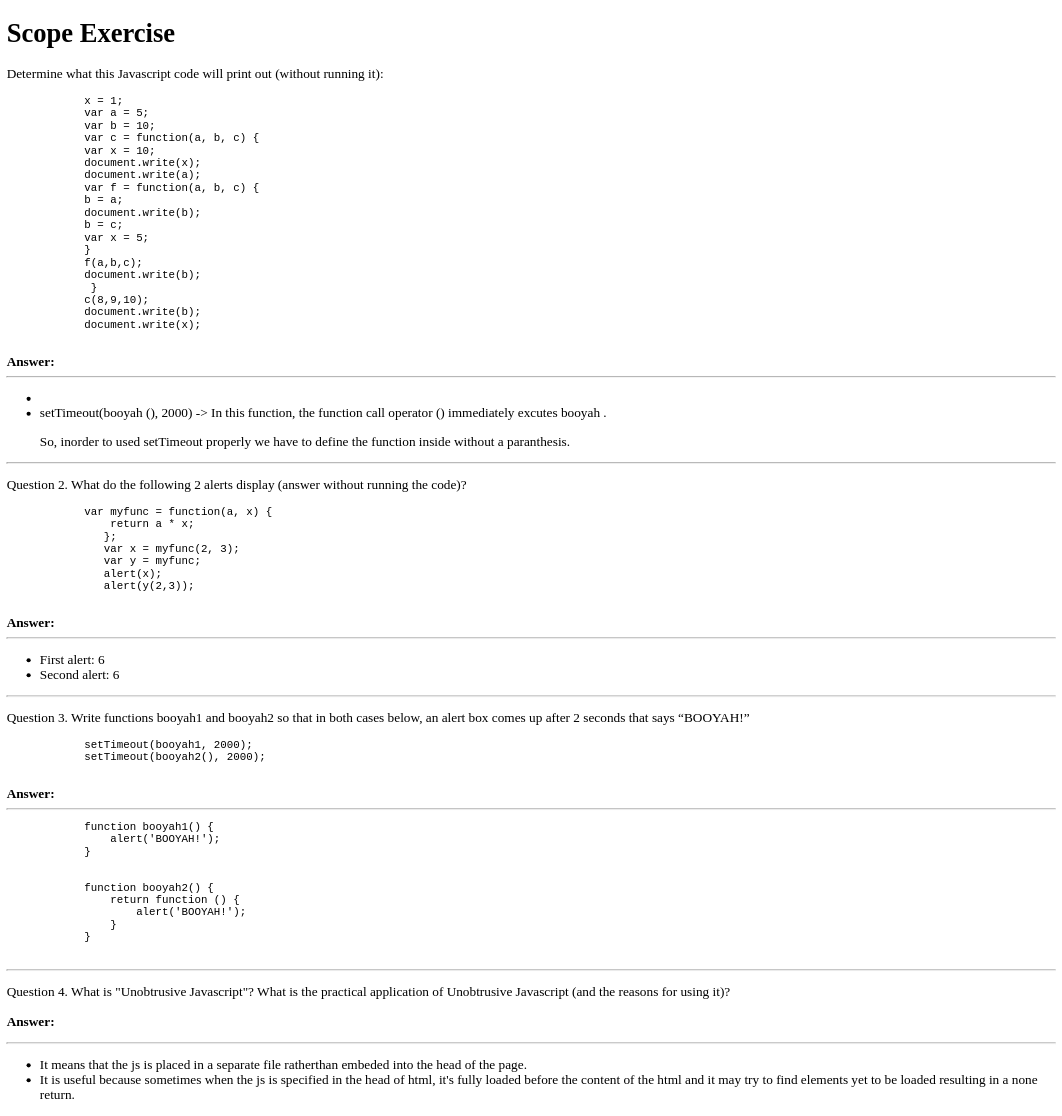
Repository: bethelbahiru/WAP
Page: Homework3/scope.html
These files come from the project's save history. The page is drawn as it stood at one moment and after the next save; the edit follows.
The browser window is 1280 px wide. The pictures show the whole page, at 83% of full size.

Above is the page before, as saved 2022-01-18 15:22:56.

After the next save:
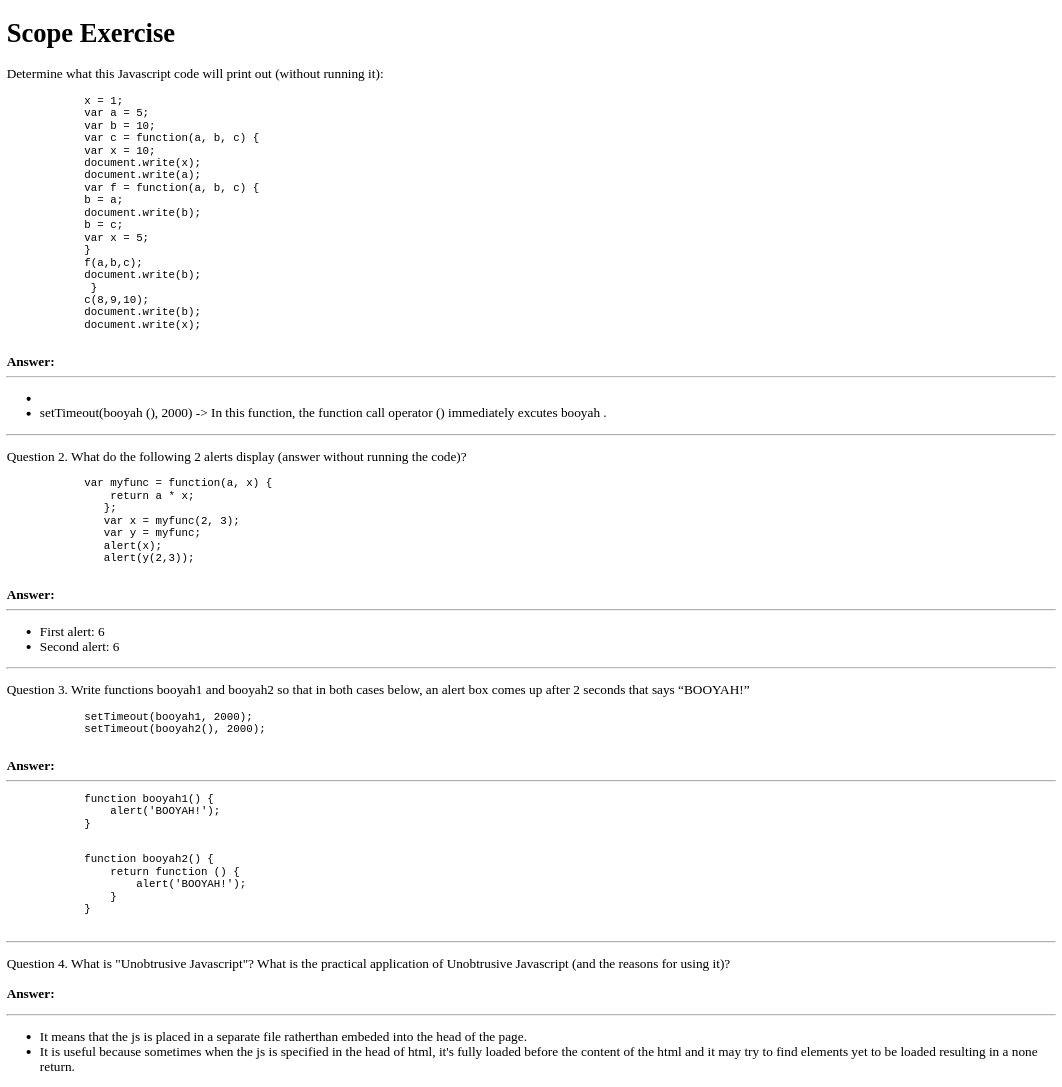
Saved 6 s later.
--- a/Homework3/scope.html
+++ b/Homework3/scope.html
@@ -36,7 +36,7 @@
         <ul>
             <li></li>
             <li>setTimeout(booyah (), 2000) -> In this function, the function call operator () immediately excutes booyah .</li>
-            <p>So, inorder to used setTimeout properly we have to define the function inside without a paranthesis.</p>
+
         </ul>
     </p>
     <hr>
